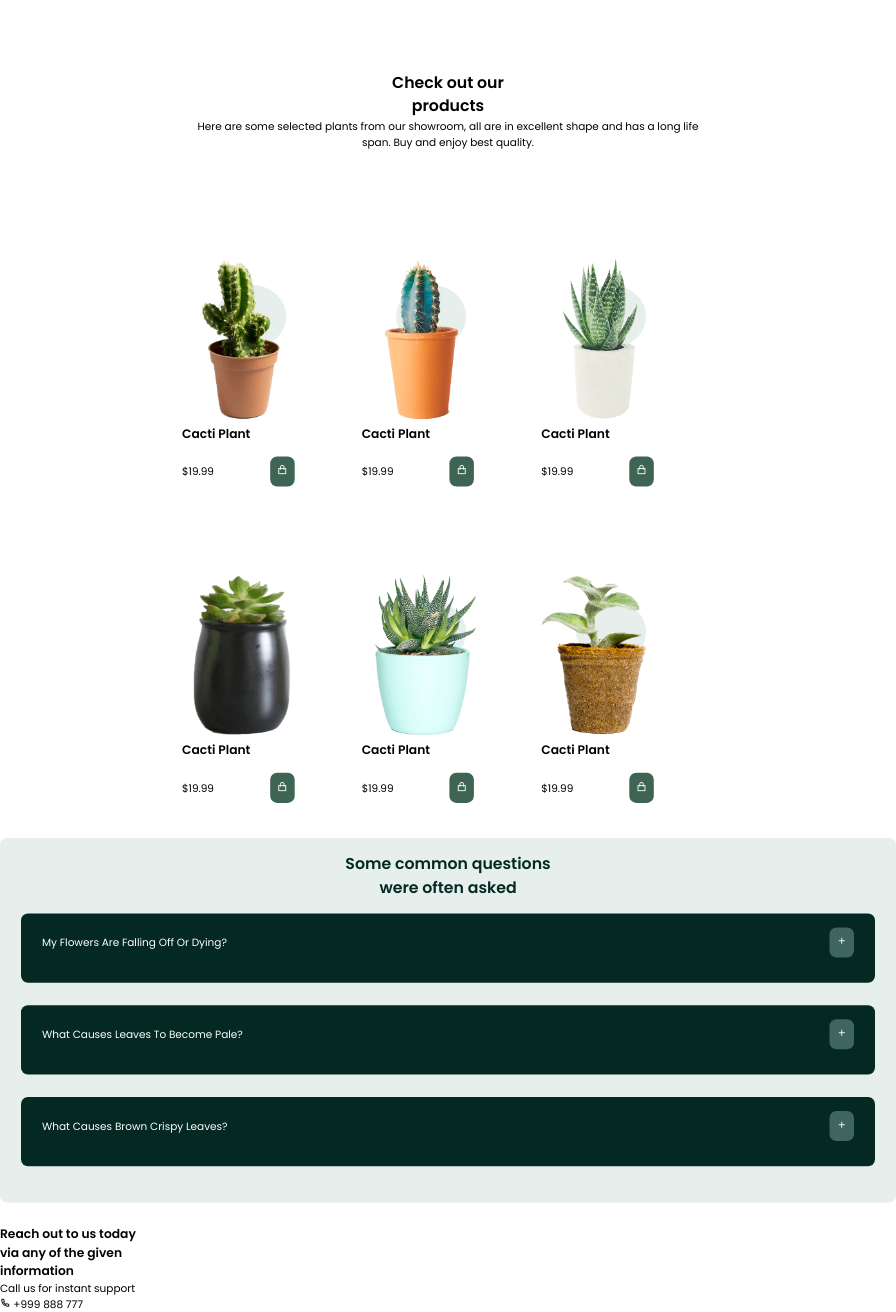
Repository: OmniaRafat232111121/plantwebsite
Page: index.html
These files come from the project's save history. The page is drawn as it stood at one moment and after a run of saves; the edit follows.
The browser window is 1280 px wide. The pictures show the part of the page from y = 1610 to 3530 px (the page is 3484 px tall before and 3530 px after), at 70% of full size.

Above is the page before, as saved 2023-01-05 15:10:56.

After the next 2 saves:
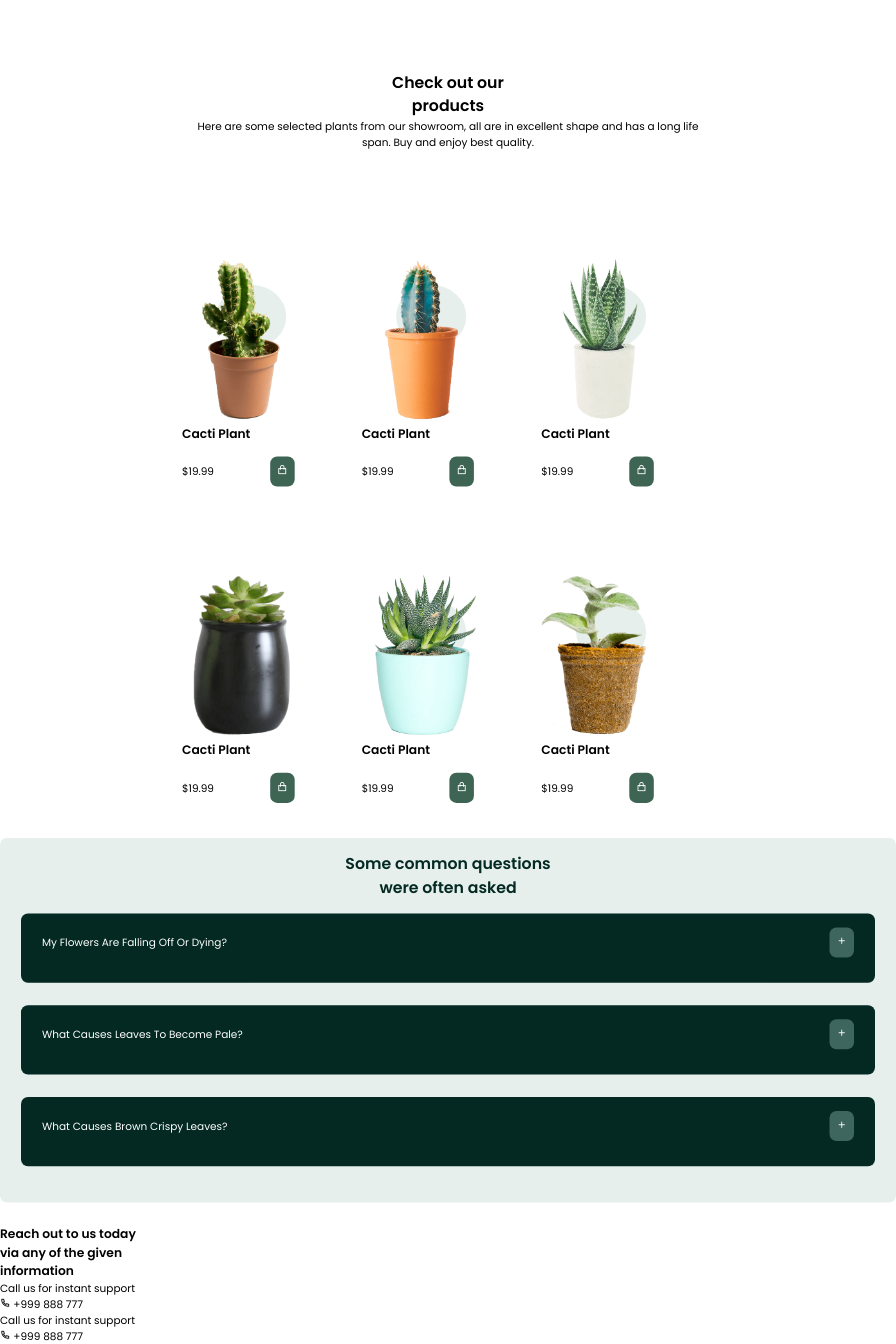
The 2 saves are shown as one change because they came seconds apart.
The last was saved 12 s later.
--- a/index.html
+++ b/index.html
@@ -348,6 +348,14 @@ were often asked</h2>
             </span>
 
           </div>
+           <div class="call-contact">
+            <p>Call us for instant support</p>
+            <span>
+            <i class="ri-phone-line"></i>
+                +999 888 777
+            </span>
+
+          </div>
         </div>
         <div class="left-contact">
 
